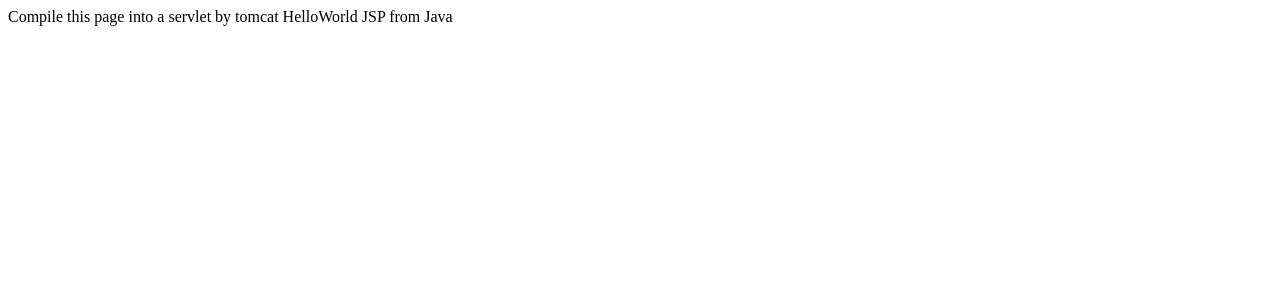
Repository: kanastasov/Java-Web-App
Page: http://localhost/1.1-GettingStarted/HelloWorld.jsp
The author's editor kept a copy of each file at every save. The page is drawn from the files as they stood at one save, then again after a run of saves.
The browser window is 1280 px wide. The pictures show the whole page.
The page is served by Tomcat 9.

Above is the page before, as saved 2015-01-02 14:48:24.

After the next 2 saves:
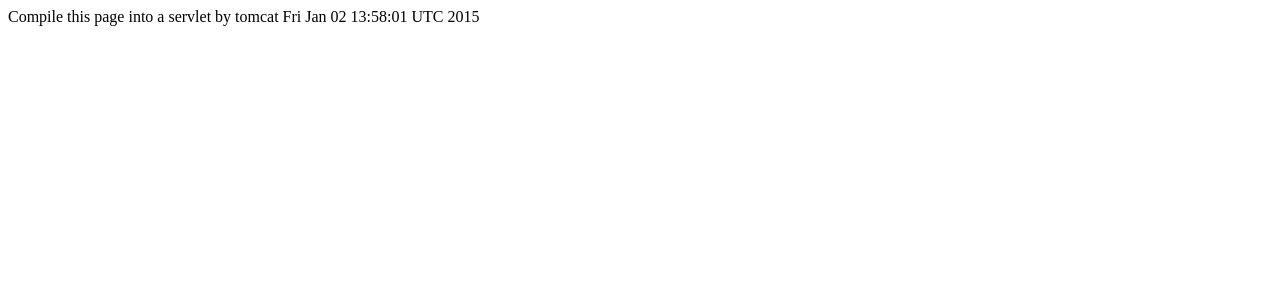
The 2 saves are shown as one change because 1 did not build or start.
The last was saved 4 min 35 s later.
--- a/1.1-GettingStarted/WebContent/HelloWorld.jsp
+++ b/1.1-GettingStarted/WebContent/HelloWorld.jsp
@@ -13,7 +13,8 @@
 
 <%=
 
-"HelloWorld JSP from Java"
+
+new java.util.Date()
 
 %>
 
